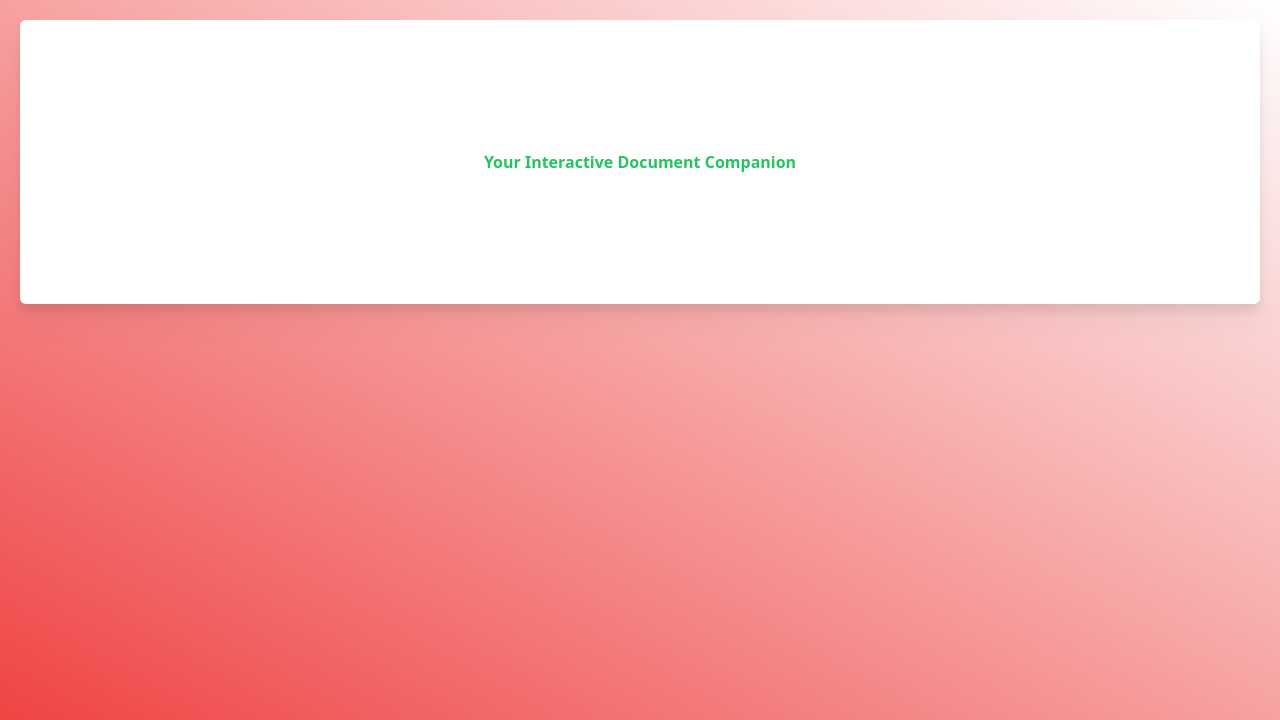
Repository: ankur28/chat-with-pdf
Page: /
These files come from the project's save history. The page is drawn as it stood at one moment and after the next save; the edit follows.
The browser window is 1280 px wide. The pictures show the whole page.
The project was rebuilt for these pictures with package versions that can differ from the ones it lists, and the page was loaded fresh each time. Some packages were replaced by stand-ins written for this rebuild. The framework's server and built-in components were replaced by stand-ins that run in the browser. Also part of the build but not shown: next.config.js, next.config.mjs.

Above is the page before, as saved 2024-07-24 17:33:07.

### app/layout.tsx
import type { Metadata } from "next";
import { Inter } from "next/font/google";
import "./globals.css";
import {
  ClerkProvider,
} from '@clerk/nextjs'

const inter = Inter({ subsets: ["latin"] });

export const metadata: Metadata = {
  title: "ChatWithPDF",
  description: "Generated by create next app",
};

export default function RootLayout({
  children,
}: Readonly<{
  children: React.ReactNode;
}>) {
  return (
    <ClerkProvider>
        <html lang="en">
          <body className="min-h-screen h-screen overflow-hidden flex flex-col">{children}</body>
        </html>
    </ClerkProvider>
  );
}

### app/page.tsx
import Image from "next/image";
import {
  GlobeIcon,ZapIcon, BrainCogIcon, EyeIcon, ServerCogIcon, MonitorSmartphoneIcon
} from 'lucide-react'

const features = [
  {
  name: "keep all your important pdf files securely stored and easily accessible anytime, anywhere",
  description:
  "Store your crucial PDF files securely and enjoy seamless access from anywhere, at any time",
  icon: GlobeIcon,
  },
  {
  name: "Sizzling fast responses",
  description:
  "Experiene lightening-fast asnwers to your queries ensuring you get hte information you need instantly ",
  icon: ZapIcon,
  },
  {
  name: "store your PDF description",
  description:
  "Store your crucial PDF files securely and enjoy seamless access from anywhere, at any time",
  icon: GlobeIcon,
  },
  {
  name: "Chat Memorisation",
  description:
  "Our intelligent chatbot remembers previous interactions, providing a seamless and personalized experience",
  icon: BrainCogIcon,
  },
  {
  name: "Interactive PDF viewer",
  description:
  "Engage with your PDFs like never beforeusing our intuitive and interactive viewer ",
  icon: EyeIcon,
  },
  {
  name: "Cloud Backup",
  description:
  "Rest assured knowing your documents are safely backed up on the cloud, protected from loss or damage",
  icon: ServerCogIcon,
  },
  {
  name: "Responsive Across Devices",
  description:
  "Acces and chat with your PDFs seamlessly on any device, whether it's your desktop, tablet or smartphone",
  icon: MonitorSmartphoneIcon,
  },
  ];

export default function Home() {
  return (
    <main className="flex-1 overflow-scroll p-2 lg:p-5 bg-gradient-to-bl from-white to-red-500">
      <div className="bg-white py-24 sm:py-32 rounded-md drop-shadow-xl">
        <div className="flex flex-col justify-center items-center mx-auto max-w-7xl px-6 lg:px-8">
          <div className="mx-auto max-w-2xl sm:text-center">
            <h2 className="text-base font-semibold leading-7 text-green-500">Your Interactive Document Companion</h2>
          </div>
        </div>
      </div>
    </main>
  );
}

Loaded but not shown: app/globals.css (common file); tailwind.config.ts (common file)

After the next save:
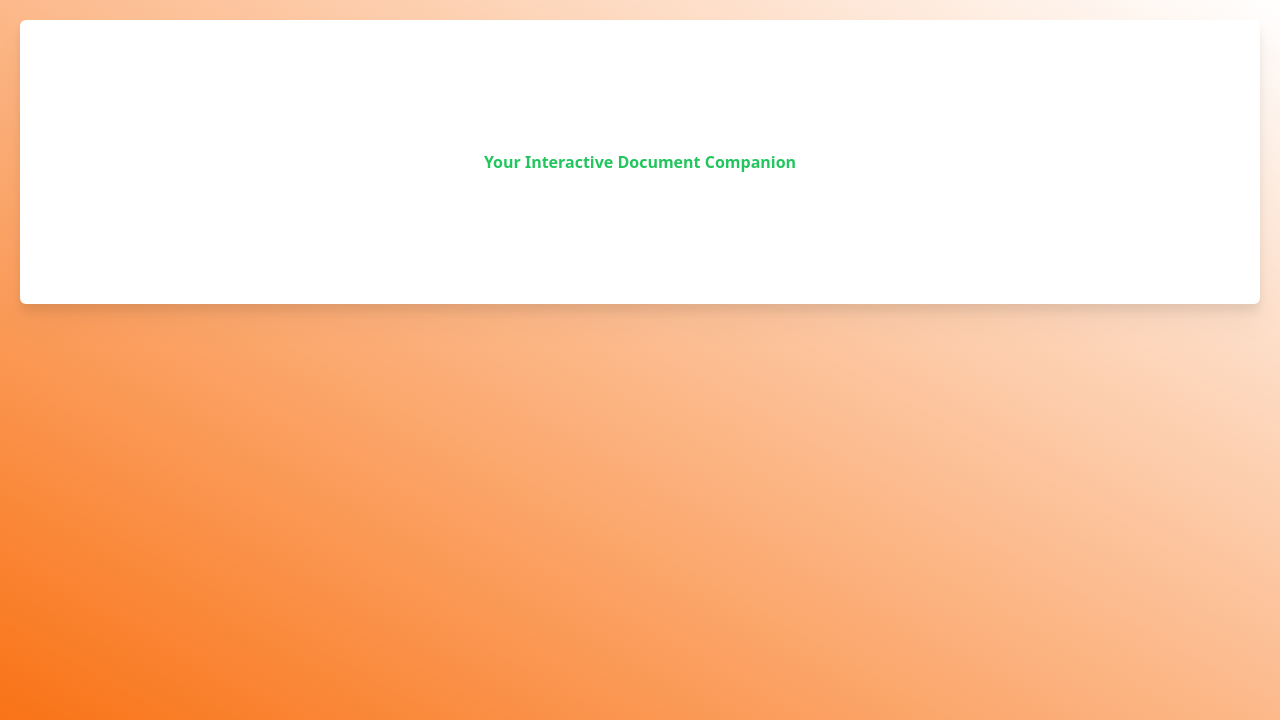
Saved 4 s later.
--- a/app/page.tsx
+++ b/app/page.tsx
@@ -50,7 +50,7 @@
 
 export default function Home() {
   return (
-    <main className="flex-1 overflow-scroll p-2 lg:p-5 bg-gradient-to-bl from-white to-red-500">
+    <main className="flex-1 overflow-scroll p-2 lg:p-5 bg-gradient-to-bl from-white to-orange-500">
       <div className="bg-white py-24 sm:py-32 rounded-md drop-shadow-xl">
         <div className="flex flex-col justify-center items-center mx-auto max-w-7xl px-6 lg:px-8">
           <div className="mx-auto max-w-2xl sm:text-center">
